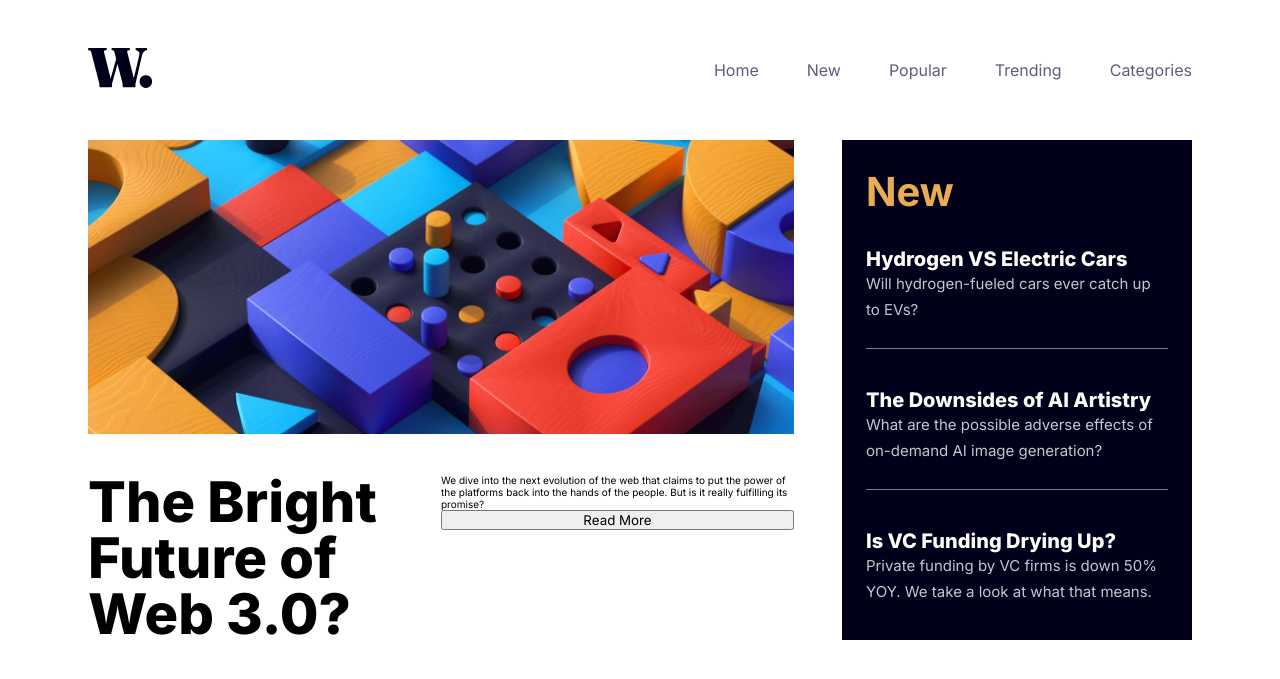
Repository: DevAntonioRogers/FrontendMentor-News-Homepage
Page: index.html
The author's editor kept a copy of each file at every save. The page is drawn from the files as they stood at one save, then again after the next save.
The browser window is 1280 px wide. The pictures show the whole page.

Above is the page before, as saved 2023-04-21 12:46:33.

### index.html
<!DOCTYPE html>
<html lang="en">
  <head>
    <meta charset="UTF-8" />
    <meta http-equiv="X-UA-Compatible" content="IE=edge" />
    <meta name="viewport" content="width=device-width, initial-scale=1.0" />
    <link rel="stylesheet" href="styles.css" />
    <title>Document</title>
  </head>
  <body>
    <nav>
      <div class="logo">
        <img src="./assets/logo.svg" alt="logo" />
      </div>
      <ul class="nav-menu">
        <li>Home</li>
        <li>New</li>
        <li>Popular</li>
        <li>Trending</li>
        <li>Categories</li>
      </ul>
      <div class="mobile-icons">
        <img src="./assets/icon-menu.svg" alt="" />
        <img src="./assets/icon-menu-close.svg" alt="" />
      </div>
    </nav>

    <section class="hero">
      <div class="left">
        <picture>
          <source srcset="assets/image-web-3-mobile.jpg" media="(max-width: 768px)" />
          <img src="assets/image-web-3-desktop.jpg" alt="banner" />
        </picture>
        <article class="hero-article">
          <div>
            <h1>The Bright Future of Web 3.0?</h1>
          </div>
          <div>
            <p>
              We dive into the next evolution of the web that claims to put the power of the platforms back into the
              hands of the people. But is it really fulfilling its promise?
            </p>
            <button>Read More</button>
          </div>
        </article>
      </div>

      <div class="right">
        <h1>New</h1>

        <div>
          <h3>Hydrogen VS Electric Cars</h3>
          <p>Will hydrogen-fueled cars ever catch up to EVs?</p>
        </div>

        <div>
          <h3>The Downsides of AI Artistry</h3>
          <p>What are the possible adverse effects of on-demand AI image generation?</p>
        </div>

        <div>
          <h3>Is VC Funding Drying Up?</h3>
          <p>Private funding by VC firms is down 50% YOY. We take a look at what that means.</p>
        </div>
      </div>
    </section>
  </body>
</html>

### styles.css
@import url('https://fonts.googleapis.com/css2?family=Inter:wght@400;700;800&display=swap');

*{
  box-sizing: border-box;
  margin: 0;
  padding: 0;
  font-family: 'Inter', sans-serif;
}

/* img{
  width: 100%;
  height: 100%;
} */

body{
  max-width: 1200px;
  margin: auto;
  padding: 3rem;
}

a{
  text-decoration: none;
}

li{
  list-style: none;
}

/* NAVBAR STYLES */

nav{
  display: flex;
  justify-content: space-between;
  align-items: center;
}

.nav-menu{
  display: flex;
  gap: 3rem;
}

.nav-menu{
  color: hsl(236, 13%, 42%);
}

.mobile-icons{
  display: none;
}

/* HERO STYLES */

.hero{
  display: flex;
  justify-content: center;
  gap: 3rem;
  margin-top: 3rem;
  max-height: 500px;
}

.left{
  display: flex;
  flex-direction: column;
}

.left img{
  max-width: 100%;
  height: 100%;
}

.hero-article{
  display: flex;
  margin-top: 2.5rem;
}

.hero-article h1{
  font-weight: 800;
  font-size: 56px;
  line-height: 56px;
}

.hero-article div{
  display: flex;
  flex-direction: column;
  flex: 1;
}

.hero-article p{
  font-size: 10px;
}











.right{
  background-color: hsl(240, 100%, 5%);
  color: white;
  padding: 2rem 1.5rem;
  display: flex;
  flex-direction: column;
  gap: 2rem;
  min-width: 350px;
}

.right h1{
  font-size: 40px;
  color: hsl(35, 77%, 62%);
  line-height: 40px;
  font-weight: 700;
}

.right h3 {
  font-weight: 800;
  font-size: 20px;
  line-height: 24px;
  color: hsl(36, 100%, 99%);
}

.right p{
  font-weight: 400;
  font-size: 15px;
  line-height: 26px;
  color: hsl(233, 8%, 79%);
}

.right div{
  margin: auto;
  border-bottom: solid 1px grey;
  padding-bottom: 25px;
}

.right div:nth-child(4){
  border: none;
  padding-bottom: 0;
}

After the next save:
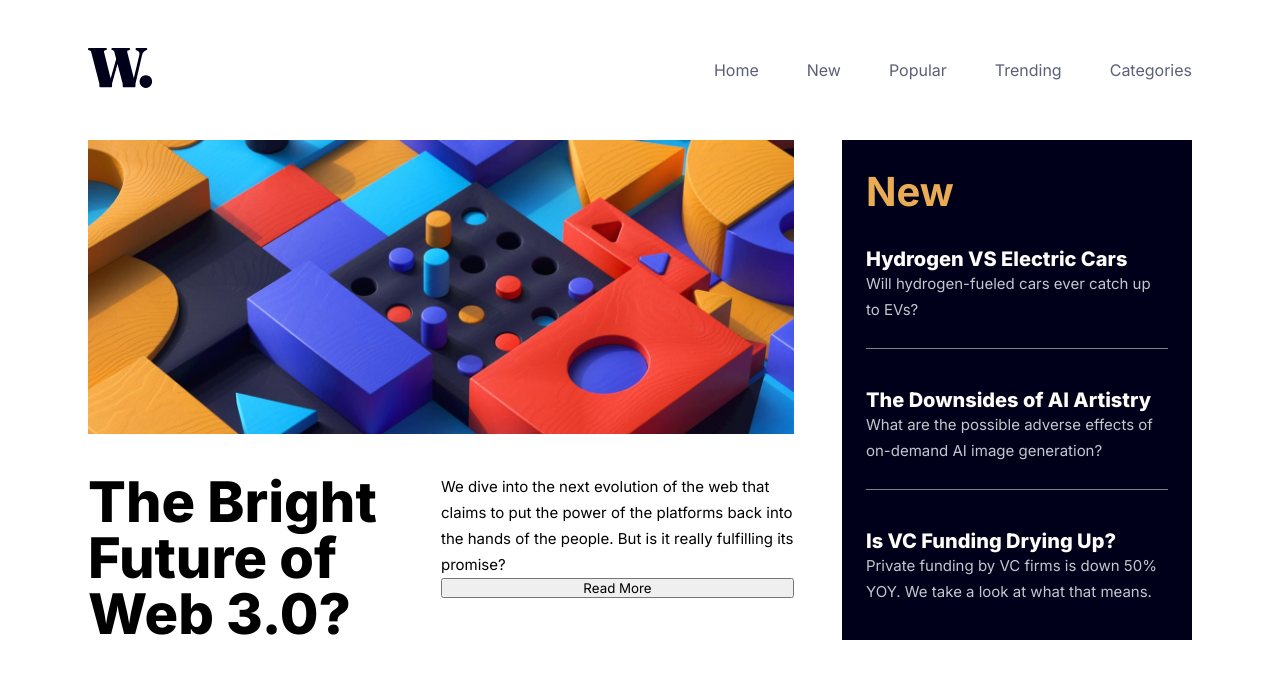
Saved 28 s later.
--- a/styles.css
+++ b/styles.css
@@ -85,7 +85,9 @@ nav{
 }
 
 .hero-article p{
-  font-size: 10px;
+  font-weight: 400;
+font-size: 15px;
+line-height: 26px;
 }
 
 
